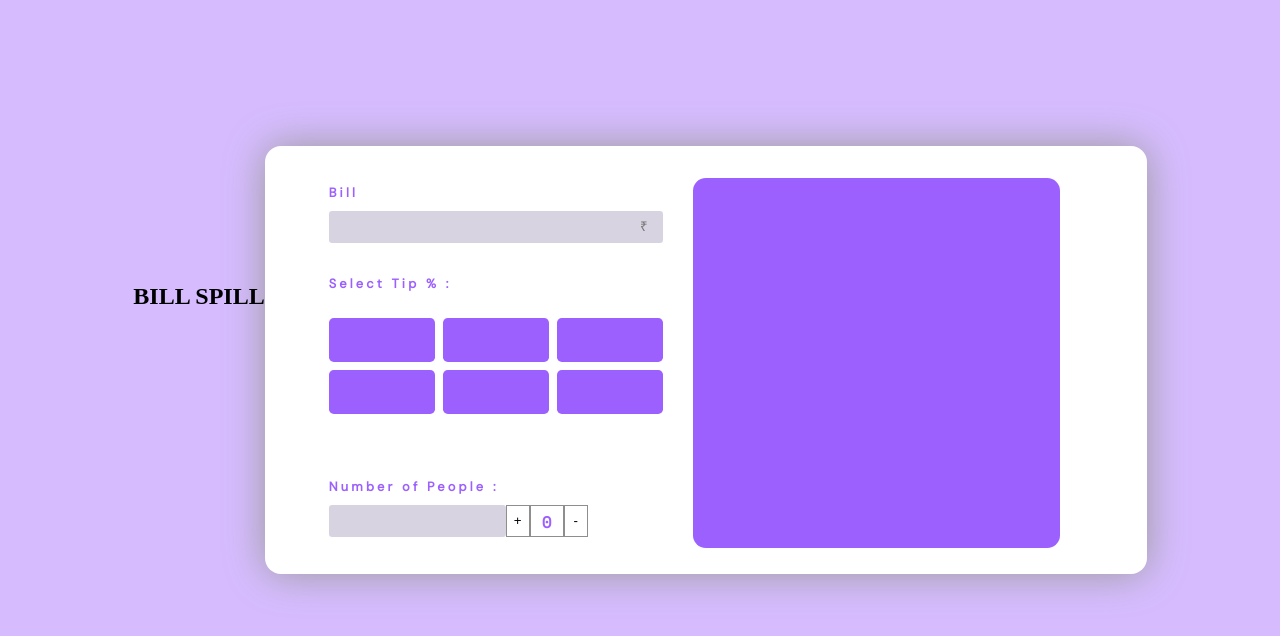
Repository: drumsmanku/micro-project-3
Page: index.html
An editor plug-in stored every save of this project. The page is shown before and after the next save, followed by the edit.
The browser window is 1280 px wide. The pictures show the whole page.

Above is the page before, as saved 2023-04-17 19:24:17.

### index.html
<!DOCTYPE html>
<html lang="en">
<head>
  <meta charset="UTF-8">
  <meta http-equiv="X-UA-Compatible" content="IE=edge">
  <meta name="viewport" content="width=device-width, initial-scale=1.0">
  <link rel="stylesheet" href="styles.css">
  <title>Bill Spill</title>
</head>
<body>
  <main>
    <h2>BILL SPILL</h2>
    <div class="entire-container">
      <div class="left-inside-container">
          <label for="amount">Bill</label>
          <input type="number" name="total" id="total-bill" placeholder="₹" >
          <div class="select-container">
            <label for="tip">Select Tip % :</label>
            <div class="button-containers">
              <button class="bt-1 sizing"></button>
              <button class="bt-2 sizing"></button>
              <button class="bt-3 sizing"></button>
              <button class="bt-4 sizing"></button>
              <button class="bt-5 sizing"></button>
              <button class="bt-6 sizing"></button>
            </div>
          </div>
          <label for="people">Number of People : </label>
          <div class="people-container">
            <input type="number" name="people" id="people-number">
            <button id="add-people">+</button>
            <h4 class="center-text">0</h4>
            <button id="sub-people">-</button>
          </div>
      </div>


      <div class="right-inside-container"></div>
    </div>
  </main>
</body>
</html>

### styles.css
@import url('https://fonts.googleapis.com/css2?family=DM+Sans&display=swap');
@import url('https://fonts.googleapis.com/css2?family=DM+Sans&family=Space+Mono&display=swap');
/* font-family: 'DM Sans', sans-serif; */
*{
  padding: 0;
  margin: 0;
}

main{
  width: 100%;
  height: 100vh;
  display: flex;
  justify-content: center;
  align-items: center;
  background-color:  #D6BCFF;
}

main>h2{
  position: relative;
  top: -4rem;
}

.entire-container{
  width: 818px;
  height: 428px;
  background-color: white;

  display: flex;
  padding-left: 4rem;
  flex-direction: row;
  border-radius: 1rem;
  box-shadow: 0 0 40px rgb(154, 154, 154);
}

.left-inside-container{
  display: flex;
  flex-wrap: wrap;
  flex-direction: column;
  justify-content: center;
}

.button-containers{
  display: grid;
  grid-template-columns: repeat(3, minmax(0,1fr));
  grid-template-rows: repeat(2, minmax(0,1fr));
  grid-gap: 0.5rem;
  margin-top: 1rem;
}

.sizing{
  width: 106px;
  height: 44px;
  border: none;
  background-color: #9C60FF;
  border-radius: 0.3rem;
}
.people-container{
  display: flex;
  flex-direction: row;
}
.people-container>h4{
  border: 1px solid #8E8E8E;
  width: 2rem;
  text-align: center;
  padding-top: 4px;
  color: #9C60FF;
  font-family: 'Space Mono';
  font-size: 1rem;
}
.people-container>button{
  background: none;
  border: 1px solid #8E8E8E;
  width: 1.5rem;
}

.select-container{
  display: flex;
  flex-direction: column;
  margin: 2rem 0 4rem 0;
}

.right-inside-container{
  width: 367px;
  height: 370px;
  background-color: #9C60FF;
  border-radius: 0.8rem;
  position: relative;
  top: 2rem;
  margin-left: 10px;
  right: -20px;
}
input{
  border-radius: 0.2rem;
  border: none;
  background-color: rgba(182, 172, 196, 0.53);
  height: 2rem;
  text-align: end;
  color: #9C60FF;
}
label{
  color: #9C60FF;
  font-size: 0.8rem;
  font-family: 'DM Sans';
  font-weight: bold;
  letter-spacing: 0.2rem;
  margin-bottom: 10px;
}

After the next save:
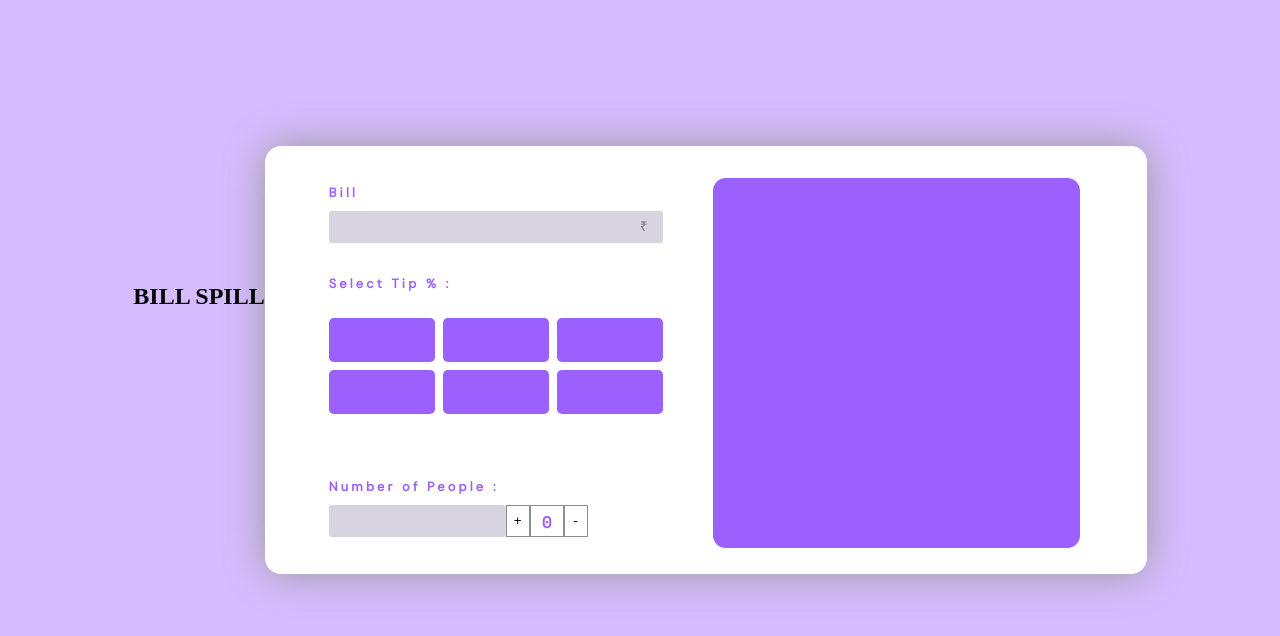
Saved 6 s later.
--- a/styles.css
+++ b/styles.css
@@ -87,7 +87,7 @@ main>h2{
   position: relative;
   top: 2rem;
   margin-left: 10px;
-  right: -20px;
+  right: -40px;
 }
 input{
   border-radius: 0.2rem;
